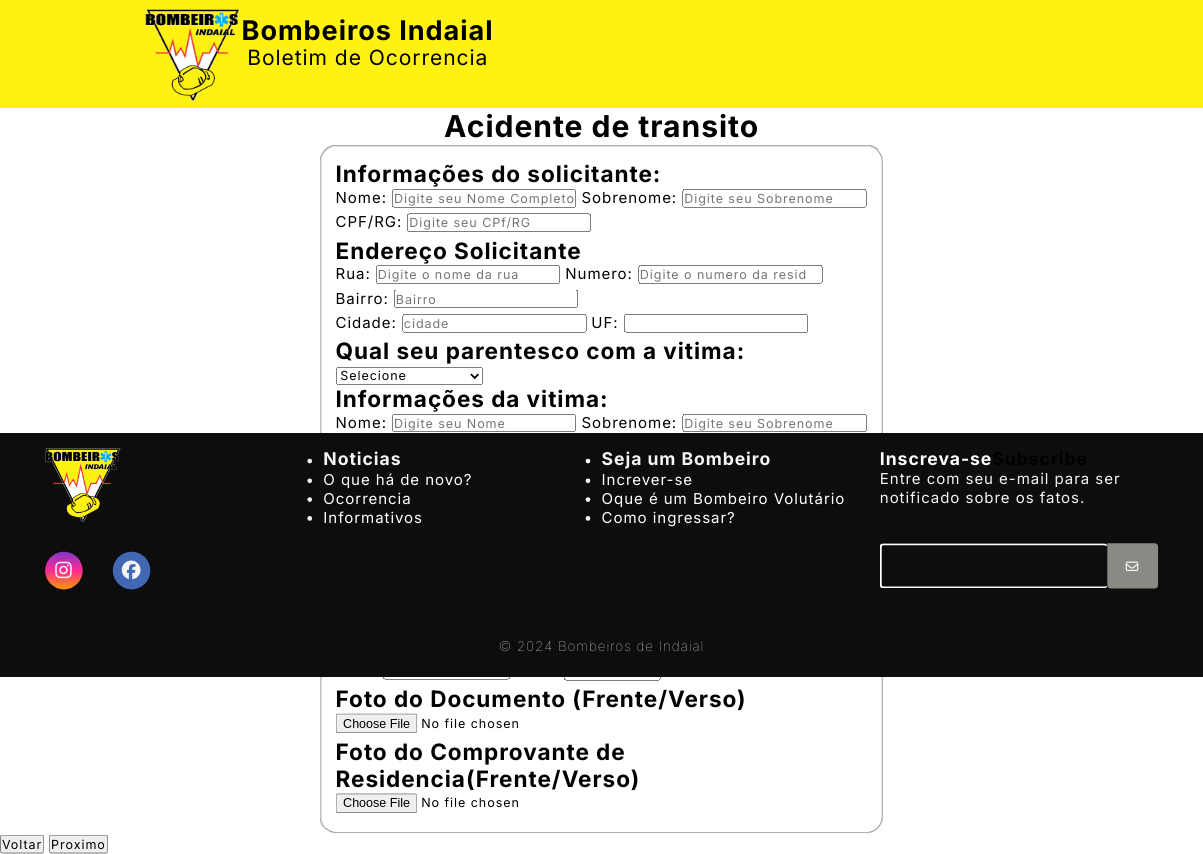
Repository: ThaylonKnopf/ProjetoBV
Page: AcidenteTransito/transitoparente/Form.html
These files come from the project's save history. The page is drawn as it stood at one moment and after the next save; the edit follows.
The browser window is 1280 px wide. The pictures show the whole page, at 94% of full size.

Above is the page before, as saved 2024-04-08 11:39:15.

After the next save:
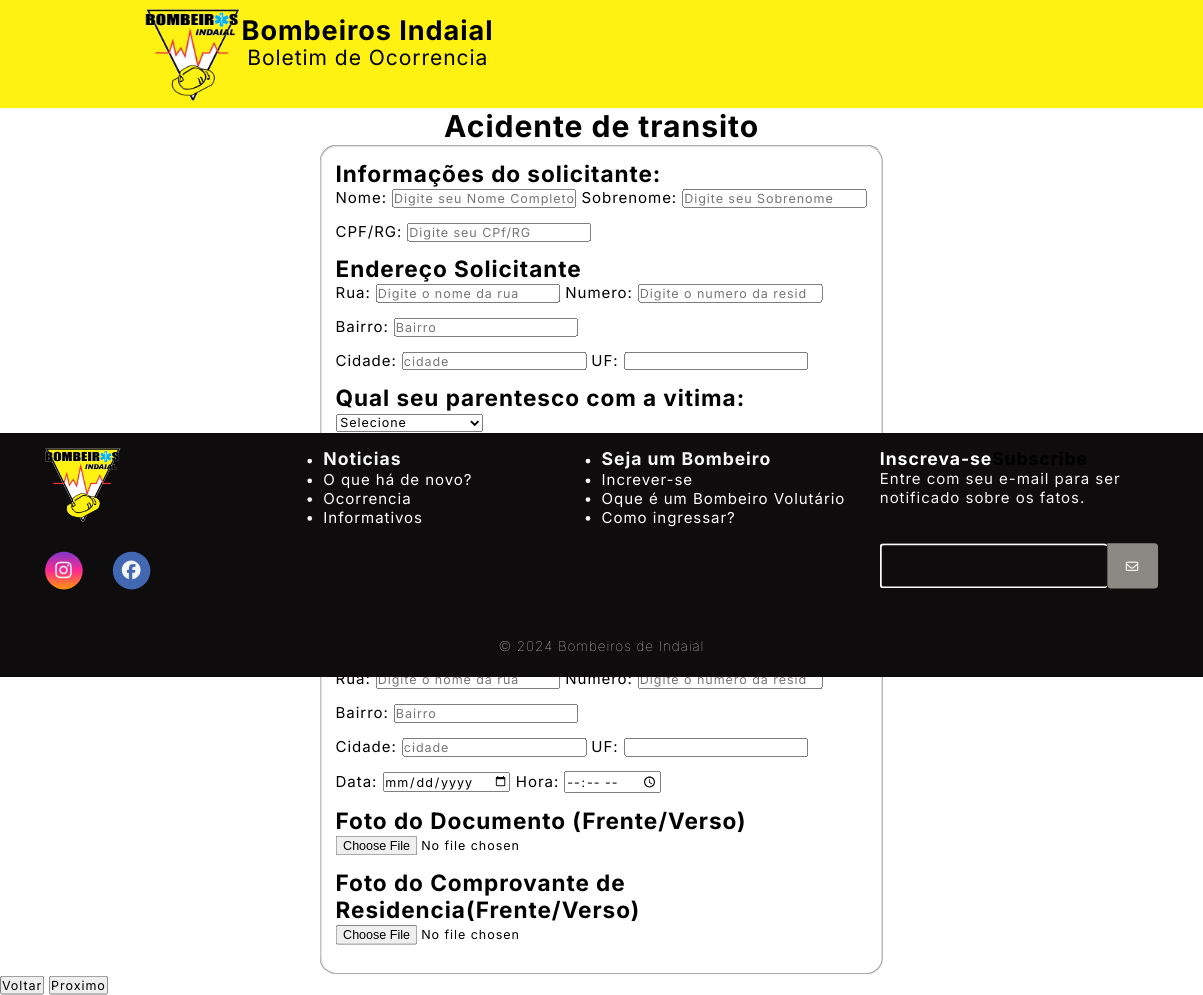
Saved 18 s later.
--- a/AcidenteTransito/transitoparente/estilo-fato.css
+++ b/AcidenteTransito/transitoparente/estilo-fato.css
@@ -36,7 +36,7 @@
     padding: 15px;
 }
 fieldset div{
-    margin-bottom: 5px;
+    margin-bottom: 15px;
 }
 
 @media (max-width: 970px) {
